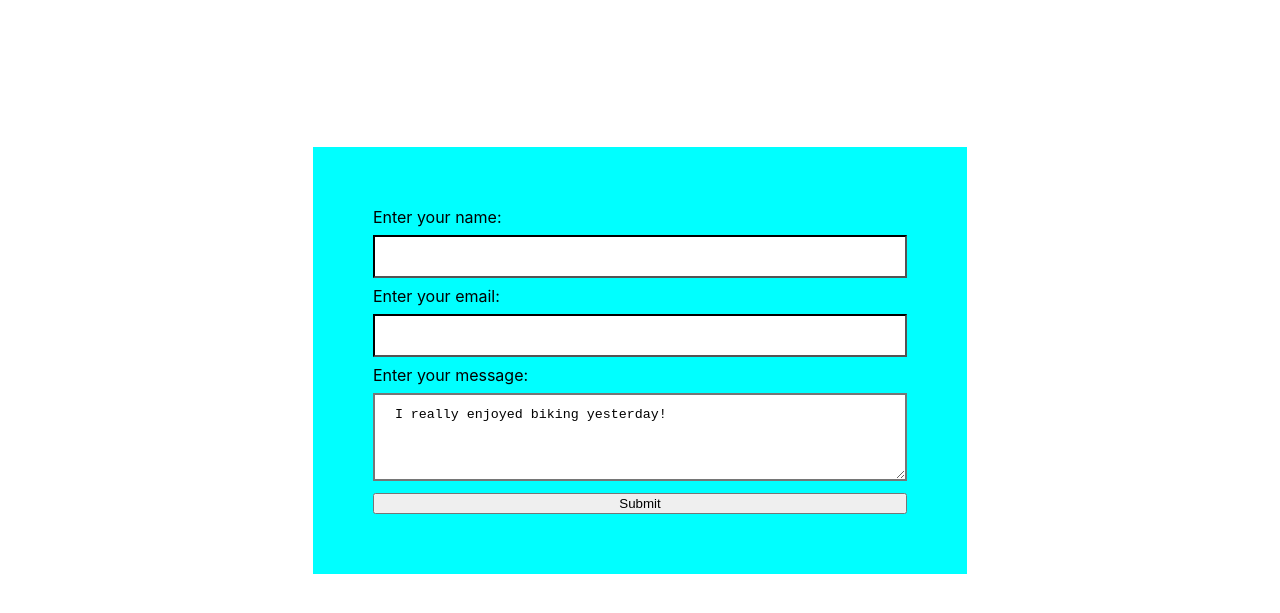
Repository: AddamVictorioDev/ProfileWebsite
Page: /form (app in con/)
The author's editor kept a copy of each file at every save. The page is drawn from the files as they stood at one save, then again after the next save.
The browser window is 1280 px wide. The pictures show the whole page.
The project was rebuilt for these pictures with package versions that can differ from the ones it lists, and the page was loaded fresh each time. Also part of the build but not shown: con/src/App.css, con/src/home.css, con/src/home.js, con/src/addam.css, con/src/addam.js, con/src/usescripts.js, con/src/projects.js.

Above is the page before, as saved 2023-03-16 19:09:19.

### con/src/index.css
body {
  margin: 0;
  font-family: -apple-system, BlinkMacSystemFont, 'Segoe UI', 'Roboto', 'Oxygen',
    'Ubuntu', 'Cantarell', 'Fira Sans', 'Droid Sans', 'Helvetica Neue',
    sans-serif;
  -webkit-font-smoothing: antialiased;
  -moz-osx-font-smoothing: grayscale;
  /* background-image: url("/Users/addamvictorio/con/src/waterdropwallpp.jpg"); */
  /* background-color: #ffffff; */

}

code {
  font-family: source-code-pro, Menlo, Monaco, Consolas, 'Courier New',
    monospace;
}

### con/src/App.js
import logo from './logo.svg';
import './App.css';
import HomePage from './home';
import Addam from './addam';

import {
  BrowserRouter,
  Routes,
  Route
} from "react-router-dom";
import Projects from './projects';
import MyForm from './form';

function App() {

  return (

    <BrowserRouter>
      <Routes>


      <Route exact path="/" element={<Addam />}  />
      <Route path="projects" element={<Projects />} />
      <Route path="form" element={<MyForm />} />

      </Routes>


  </BrowserRouter>

  );
}

export default App;

### con/src/form.js
import { useState } from 'react';
import ReactDOM from 'react-dom/client';
import './form.css'

function MyForm() {
  const [inputs, setInputs] = useState({});
  const [textarea, setTextarea] = useState(
    "The content of a textarea goes in the value attribute"
  );

  const handleChange = (event) => {
    const name = event.target.name;
    const value = event.target.value;
    setInputs(values => ({...values, [name]: value}))
  }

  const handleSubmit = (event) => {
    event.preventDefault();
    alert(inputs);
  }

  return (
    <div className="center">
    <form onSubmit={handleSubmit}>
      <label>Enter your name:
      <input
        type="text"
        name="username"
        value={inputs.username || ""}
        onChange={handleChange}
      />
      </label>
      <label>Enter your email:
        <input
          type="text"
          name="age"
          value={inputs.age || ""}
          onChange={handleChange}
        />
        </label>
        <label>Enter your message:
        <textarea
        name="postContent"
        defaultValue="I really enjoyed biking yesterday!"
        rows={4}
        cols={40}
      />
        </label>

        <input type="submit" />
    </form>
    </div>
  )
}

export default MyForm;

### con/src/projects.css
.center{
    display: grid;
    justify-content: center;
    align-items: center;


}
.photo-grid {
    display: flex;
    height: 100%;

    border-radius: 10px;
    border-color: black;

    flex-wrap: wrap;
    justify-content: center;
    align-items: center;
    gap: 10px;
    background-color: blueviolet;
  }

  .photo-item {
    height: 100%;


    position: relative;




    overflow: auto;
  }

  img {
    width: 100%;
    height: 100%;


    object-fit: cover;
  }
  .img-text {
    position: absolute;
    width: 100%;
    bottom: 10px;

    color: white;
    background-color: rgb(199, 6, 6);
    padding: 10px;
  }

### con/src/form.css
body{
    display: flex;
    align-items: center;
    justify-content: center;

    height:100vh;

}
.container{

    align-items:center;
    display: flex;
    justify-content: space-between;
    background-color: aquamarine;

}

.center{
    display: grid;
    place-items: center;

    width: 100%;
    background-color: blue;



}


form{
    display: flex;
    flex-direction: column;
    background-color: aqua;

    padding: 60px;
    justify-content: space-around;

}

input[type=text] {
    width: 100%;
    padding: 12px 20px;
    margin: 8px 0;
border-color: black;
    box-sizing: border-box;
  }
  textarea{

    width: 100%;
    padding: 12px 20px;
    margin: 8px 0;
    box-sizing: border-box;
    border-width: 2px;
  }

Loaded but not shown: con/public/index.html (common file); con/src/index.js (common file); con/src/reportWebVitals.js (common file)

After the next save:
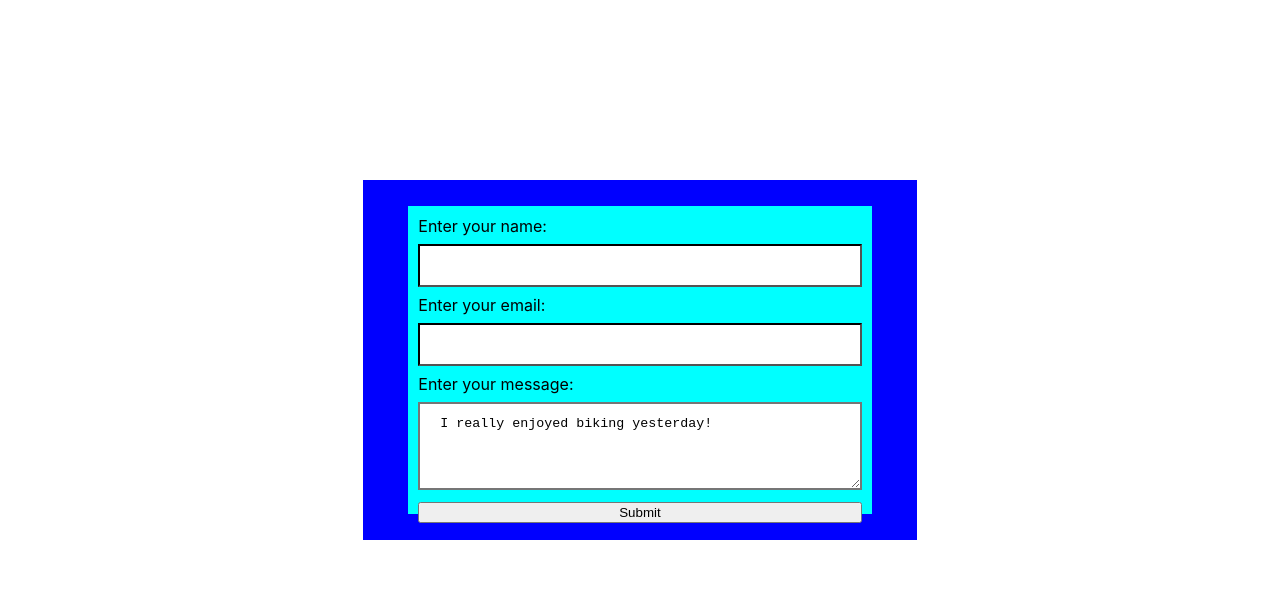
Saved 8 s later.
--- a/con/src/form.css
+++ b/con/src/form.css
@@ -18,8 +18,7 @@ body{
 .center{
     display: grid;
     place-items: center;
-
-    width: 100%;
+    height: 50vh;
     background-color: blue;
 
 
@@ -31,9 +30,10 @@ form{
     display: flex;
     flex-direction: column;
     background-color: aqua;
-
-    padding: 60px;
-    justify-content: space-around;
+    width: 80%;
+    height: 80%;
+    padding: 10px;
+    justify-content: space-evenly;
 
 }
 
